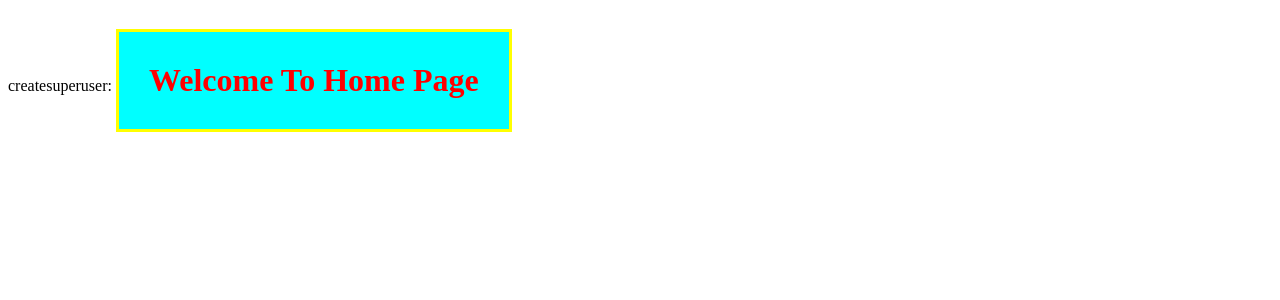
Repository: Raviteja6671/Django
Page: myProject/basic/templates/home.html
An editor plug-in stored every save of this project. The page is shown before and after the next save, followed by the edit.
The browser window is 1280 px wide. The pictures show the whole page.

Above is the page before, as saved 2025-12-07 19:51:24.

After the next save:
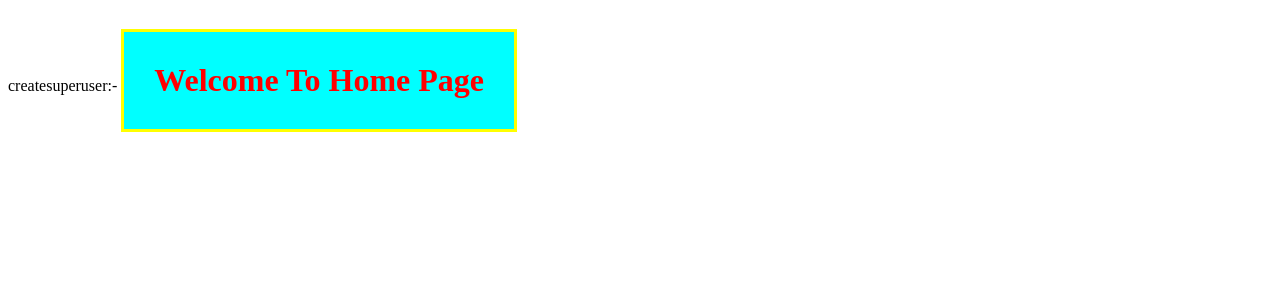
Saved 4 s later.
--- a/myProject/basic/templates/home.html
+++ b/myProject/basic/templates/home.html
@@ -13,7 +13,7 @@
             padding: 30px;
         }
     </style>
-    createsuperuser:
+    createsuperuser:-
 
 </head>
 <body>
